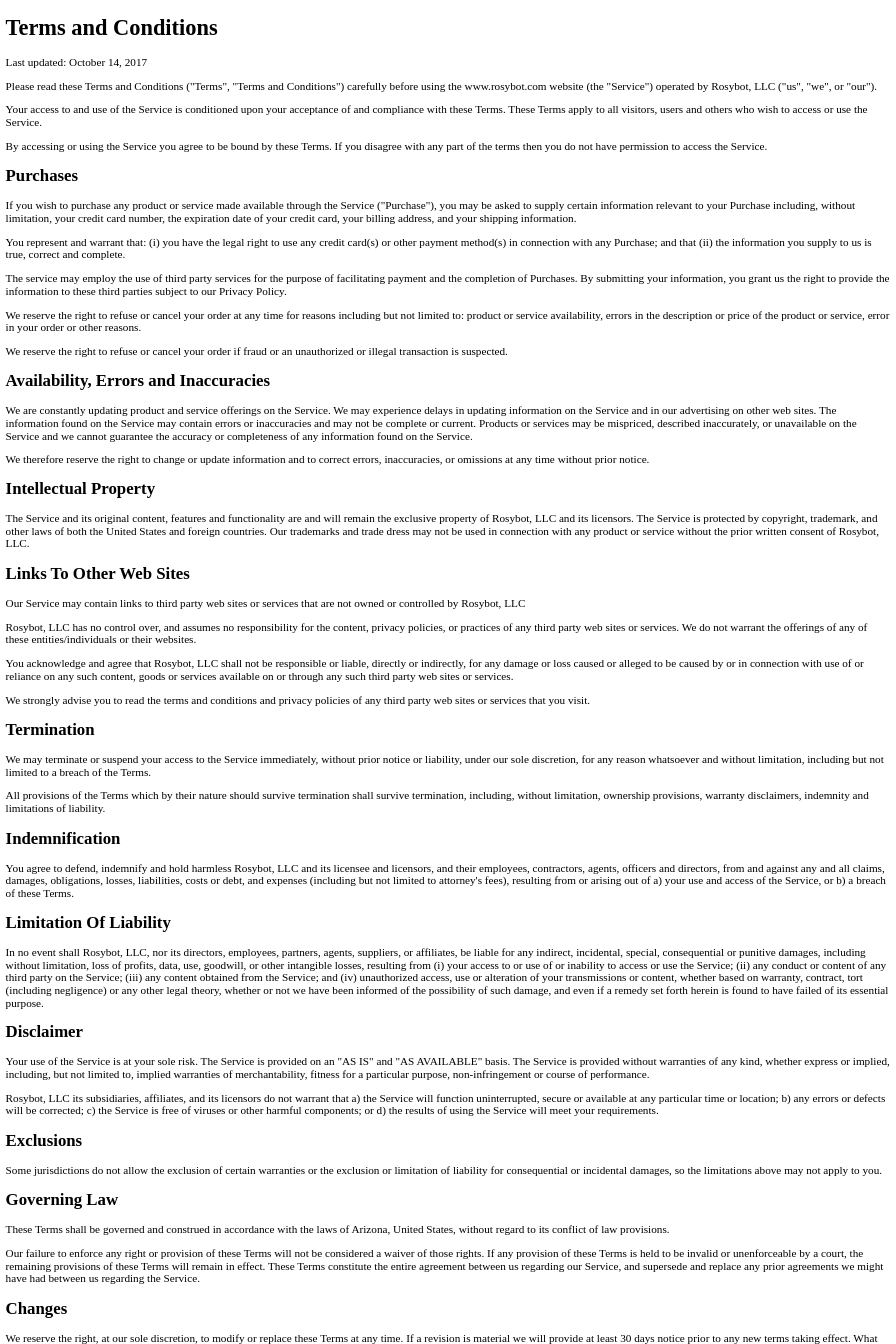
Repository: mattbobgithub/rosybot-ui
Page: rosybot-ui/dist/TermsConditions.html
The author's editor kept a copy of each file at every save. The page is drawn from the files as they stood at one save, then again after the next save.
The browser window is 1280 px wide. The pictures show the part of the page from y = 0 to 1920 px (the page is 2092 px tall before and 2725 px after), at 70% of full size.

Above is the page before, as saved 2017-10-14 17:36:47.

### rosybot-ui/dist/TermsConditions.html
<!DOCTYPE html>
<html>
<head>
<meta charset="ISO-8859-1">
<title>Insert title here</title>
</head>
<body>
<h1>Terms and Conditions</h1>


<p>Last updated: October 14, 2017</p>


<p>Please read these Terms and Conditions ("Terms", "Terms and Conditions") carefully before using the www.rosybot.com website (the "Service") operated by Rosybot, LLC ("us", "we", or "our").</p>

<p>Your access to and use of the Service is conditioned upon your acceptance of and compliance with these Terms. These Terms apply to all visitors, users and others who wish to access or use the Service.</p>

<p>By accessing or using the Service you agree to be bound by these Terms. If you disagree with any part of the terms then you do not have permission to access the Service.</p>




<h2>Purchases</h2>

<p>If you wish to purchase any product or service made available through the Service ("Purchase"), you may be asked to supply certain information relevant to your Purchase including, without limitation, your credit card number, the expiration date of your credit card, your billing address, and your shipping information.</p>

<p>You represent and warrant that: (i) you have the legal right to use any credit card(s) or other payment method(s) in connection with any Purchase; and that (ii) the information you supply to us is true, correct and complete.</p>

<p>The service may employ the use of third party services for the purpose of facilitating payment and the completion of Purchases. By submitting your information, you grant us the right to provide the information to these third parties subject to our Privacy Policy.</p>

<p>We reserve the right to refuse or cancel your order at any time for reasons including but not limited to: product or service availability, errors in the description or price of the product or service, error in your order or other reasons.</p>

<p>We reserve the right to refuse or cancel your order if fraud or an unauthorized or illegal transaction is suspected.</p>


<h2>Availability, Errors and Inaccuracies</h2>

<p>We are constantly updating product and service offerings on the Service. We may experience delays in updating information on the Service and in our advertising on other web sites. The information found on the Service may contain errors or inaccuracies and may not be complete or current. Products or services may be mispriced, described inaccurately, or unavailable on the Service and we cannot guarantee the accuracy or completeness of any information found on the Service.</p>

<p>We therefore reserve the right to change or update information and to correct errors, inaccuracies, or omissions at any time without prior notice.</p>












<h2>Intellectual Property</h2>

<p>The Service and its original content, features and functionality are and will remain the exclusive property of Rosybot, LLC and its licensors. The Service is protected by copyright, trademark, and other laws of both the United States and foreign countries. Our trademarks and trade dress may not be used in connection with any product or service without the prior written consent of Rosybot, LLC.</p>


<h2>Links To Other Web Sites</h2>

<p>Our Service may contain links to third party web sites or services that are not owned or controlled by Rosybot, LLC</p>

<p>Rosybot, LLC has no control over, and assumes no responsibility for the content, privacy policies, or practices of any third party web sites or services. We do not warrant the offerings of any of these entities/individuals or their websites.</p>

<p>You acknowledge and agree that Rosybot, LLC shall not be responsible or liable, directly or indirectly, for any damage or loss caused or alleged to be caused by or in connection with use of or reliance on any such content, goods or services available on or through any such third party web sites or services.</p>

<p>We strongly advise you to read the terms and conditions and privacy policies of any third party web sites or services that you visit.</p>


<h2>Termination</h2>

<p>We may terminate or suspend your access to the Service immediately, without prior notice or liability, under our sole discretion, for any reason whatsoever and without limitation, including but not limited to a breach of the Terms.</p>

<p>All provisions of the Terms which by their nature should survive termination shall survive termination, including, without limitation, ownership provisions, warranty disclaimers, indemnity and limitations of liability.</p>


<h2>Indemnification</h2>

<p>You agree to defend, indemnify and hold harmless Rosybot, LLC and its licensee and licensors, and their employees, contractors, agents, officers and directors, from and against any and all claims, damages, obligations, losses, liabilities, costs or debt, and expenses (including but not limited to attorney's fees), resulting from or arising out of a) your use and access of the Service, or b) a breach of these Terms.</p>



<h2>Limitation Of Liability</h2>

<p>In no event shall Rosybot, LLC, nor its directors, employees, partners, agents, suppliers, or affiliates, be liable for any indirect, incidental, special, consequential or punitive damages, including without limitation, loss of profits, data, use, goodwill, or other intangible losses, resulting from (i) your access to or use of or inability to access or use the Service; (ii) any conduct or content of any third party on the Service; (iii) any content obtained from the Service; and (iv) unauthorized access, use or alteration of your transmissions or content, whether based on warranty, contract, tort (including negligence) or any other legal theory, whether or not we have been informed of the possibility of such damage, and even if a remedy set forth herein is found to have failed of its essential purpose.</p>


<h2>Disclaimer</h2>

<p>Your use of the Service is at your sole risk. The Service is provided on an "AS IS" and "AS AVAILABLE" basis. The Service is provided without warranties of any kind, whether express or implied, including, but not limited to, implied warranties of merchantability, fitness for a particular purpose, non-infringement or course of performance.</p>

<p>Rosybot, LLC its subsidiaries, affiliates, and its licensors do not warrant that a) the Service will function uninterrupted, secure or available at any particular time or location; b) any errors or defects will be corrected; c) the Service is free of viruses or other harmful components; or d) the results of using the Service will meet your requirements.</p>


<h2>Exclusions</h2>

<p>Some jurisdictions do not allow the exclusion of certain warranties or the exclusion or limitation of liability for consequential or incidental damages, so the limitations above may not apply to you.</p>



<h2>Governing Law</h2>

<p>These Terms shall be governed and construed in accordance with the laws of Arizona, United States, without regard to its conflict of law provisions.</p>

<p>Our failure to enforce any right or provision of these Terms will not be considered a waiver of those rights. If any provision of these Terms is held to be invalid or unenforceable by a court, the remaining provisions of these Terms will remain in effect. These Terms constitute the entire agreement between us regarding our Service, and supersede and replace any prior agreements we might have had between us regarding the Service.</p>


<h2>Changes</h2>

<p>We reserve the right, at our sole discretion, to modify or replace these Terms at any time. If a revision is material we will provide at least 30 days notice prior to any new terms taking effect. What constitutes a material change will be determined at our sole discretion.</p>

<p>By continuing to access or use our Service after any revisions become effective, you agree to be bound by the revised terms. If you do not agree to the new terms, you are no longer authorized to use the Service.</p>


<h2>Contact Us</h2>

<p>If you have any questions about these Terms, please contact us.</p>
</body>
</html>

### rosybot-ui/dist/index.css
html {
	box-sizing: border-box;
}

*, *:before, *:after {
	box-sizing: inherit;
}

::-webkit-input-placeholder {
	color: #aaa;
}

body {
	padding: 20px;
	font-family: -apple-system, BlinkMacSystemFont, 'Segoe UI', Roboto,
		Helvetica, Arial, sans-serif, 'Apple Color Emoji', 'Segoe UI Emoji',
		'Segoe UI Symbol';
	line-height: 1.5;
	background: #eaeaea;
	color: #444;
	font-weight: 200;
}

.modal {
    display:    none;
    position:   fixed;
    z-index:    1000;
    top:        0;
    left:       0;
    height:     100%;
    width:      100%;
    background: rgba( 255, 255, 255, .8 )
                url('rosy-spinner.gif')
                50% 50%
                no-repeat;
}

/* When the body has the loading class, we turn
   the scrollbar off with overflow:hidden */
body.loading {
    overflow: hidden;
}

/* Anytime the body has the loading class, our
   modal element will be visible */
body.loading .modal {
    display: block;
}

h2 {
	color: #333333;
	font-weight: 300;
	letter-spacing: 1px;
	margin-top: 30px;
	margin-bottom: 15px;
}

h2:first-of-type {
	margin-top: 0;
}

.form-groups {
	background: white;
	box-shadow: 0 3px 20px rgba(0, 0, 0, 0.15);
	border-radius: 6px;
	border-bottom: solid 2px #d47672;
}

.form-group {
	border-bottom: 1px solid #eee;
}

.form-group:last-of-type {
	border-bottom: none;
}

.form-group label {
	display: block;
	font-size: 85%;
	padding: 8px 12px 0 12px;
	font-weight: 400;
}

.form-group input {
	padding: 5px 0;
	display: block;
	width: 100%;
	font-size: 110%;
	padding: 12px;
	background: transparent;
	font-weight: 300;
}

input {
	border: none;

}

.subscribe-phone{
	text-align: center;

}
.logo {
	height: 60px;
	background: url("rosybot_red.png");
	background-repeat: no-repeat;
	background-position: center;
	background-size: contain;
	margin: 20px 0 30px 0;
}

.bottom-buttons {
	margin: 30px 0;
}

button.full {
	background: #c8504b;
	display: block;
	border: none;
	width: 100%;
	padding: 15px;
	border-top: solid 1px #e2a4a1;
	border-bottom: solid 3px #b33c37;
	border-radius: 6px;
	color: white;
	font-weight: 300;
	font-size: 130%;
	letter-spacing: 0.5px;
	height: 64px;

}

button.full.primary {
	border-top: solid 1px #d67e7a;
	padding: 8px;
	background: #ac3934;
	border-bottom-color: #8c2f2b;
	margin-bottom: 20px;

}

.select-wrapper {
	padding: 5px 10px 10px 10px;
}

select {
	border: solid 1px #aaa;
	display: block;
	padding: 8px;
	width: 100%;
	font-size: 110%;
	font-weight: 300;
	border-radius: 4px;
	border-bottom: solid 2px #da8986;
}

.textarea-wrapper {
	padding: 5px 10px 10px 10px;

}

.order-total-wrapper {
	padding: 5px 10px 10px 10px;
		font-weight: 500;
}

textarea {
	border: solid 1px #aaa;
	display: block;
	padding: 8px;
	width: 100%;
	font-size: 110%;
	font-weight: 300;
	border-radius: 4px;
	border-bottom: solid 2px #da8986;
}

.image-wrapper {
	padding: 5px 10px 10px 10px;
}

.confirm-message{
	padding: 40px;
	color: #ac3934;
}

Loaded but not shown: rosybot-ui/dist/normalize.css (library)

After the next save:
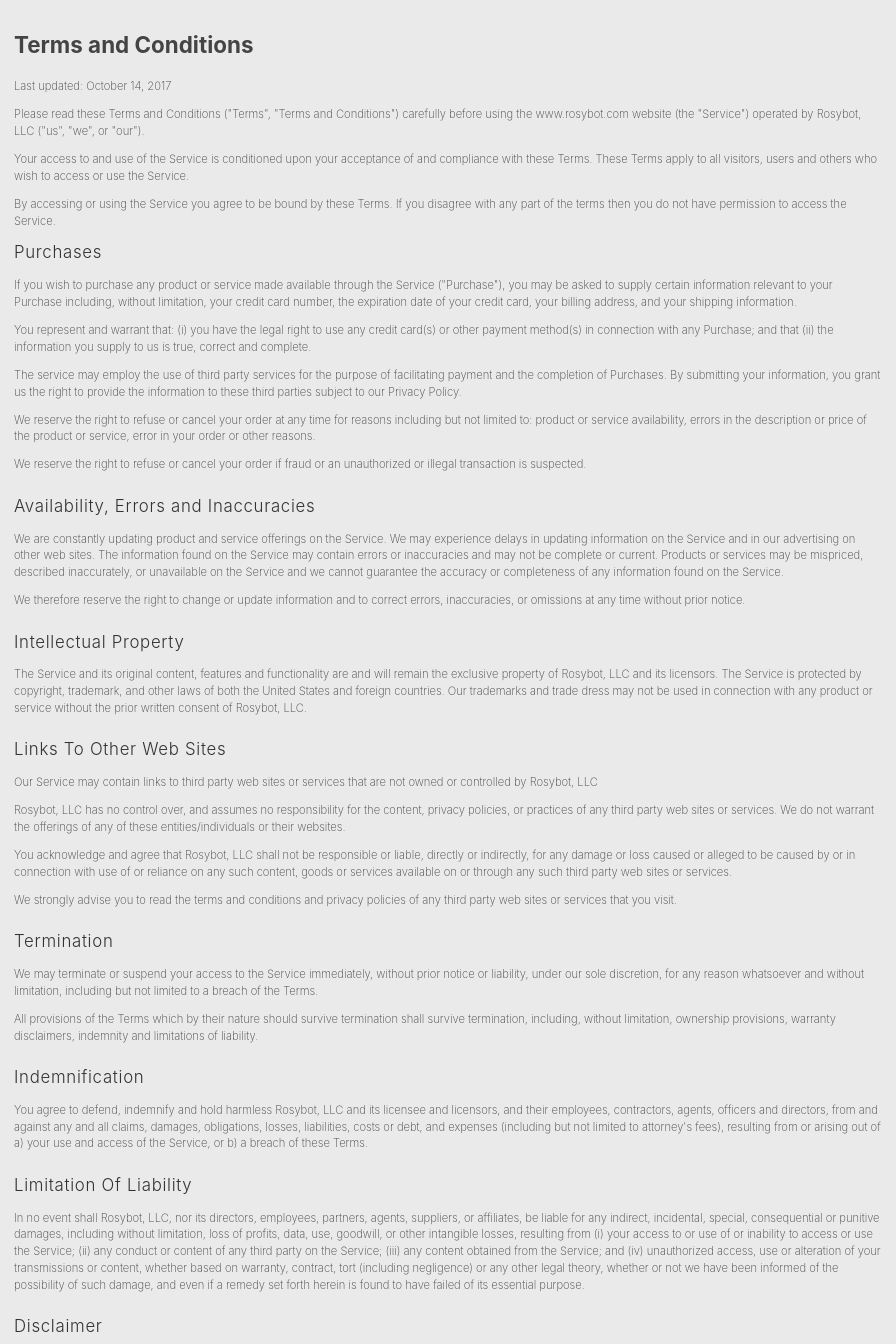
Saved 30 s later.
--- a/rosybot-ui/dist/TermsConditions.html
+++ b/rosybot-ui/dist/TermsConditions.html
@@ -1,8 +1,14 @@
 <!DOCTYPE html>
 <html>
 <head>
-<meta charset="ISO-8859-1">
-<title>Insert title here</title>
+<meta charset="utf-8">
+<meta http-equiv="X-UA-Compatible" content="IE=edge">
+<meta name="viewport"
+	content="width=device-width, initial-scale=1, maximum-scale=1, minimum-scale=1, user-scalable=no, minimal-ui">
+<title>Rosybot Terms & Conditions</title>
+<link rel="shortcut icon" href="favicon.png" type="image/x-icon">
+<link href="normalize.css" rel="stylesheet">
+<link href="index.css" rel="stylesheet">
 </head>
 <body>
 <h1>Terms and Conditions</h1>
